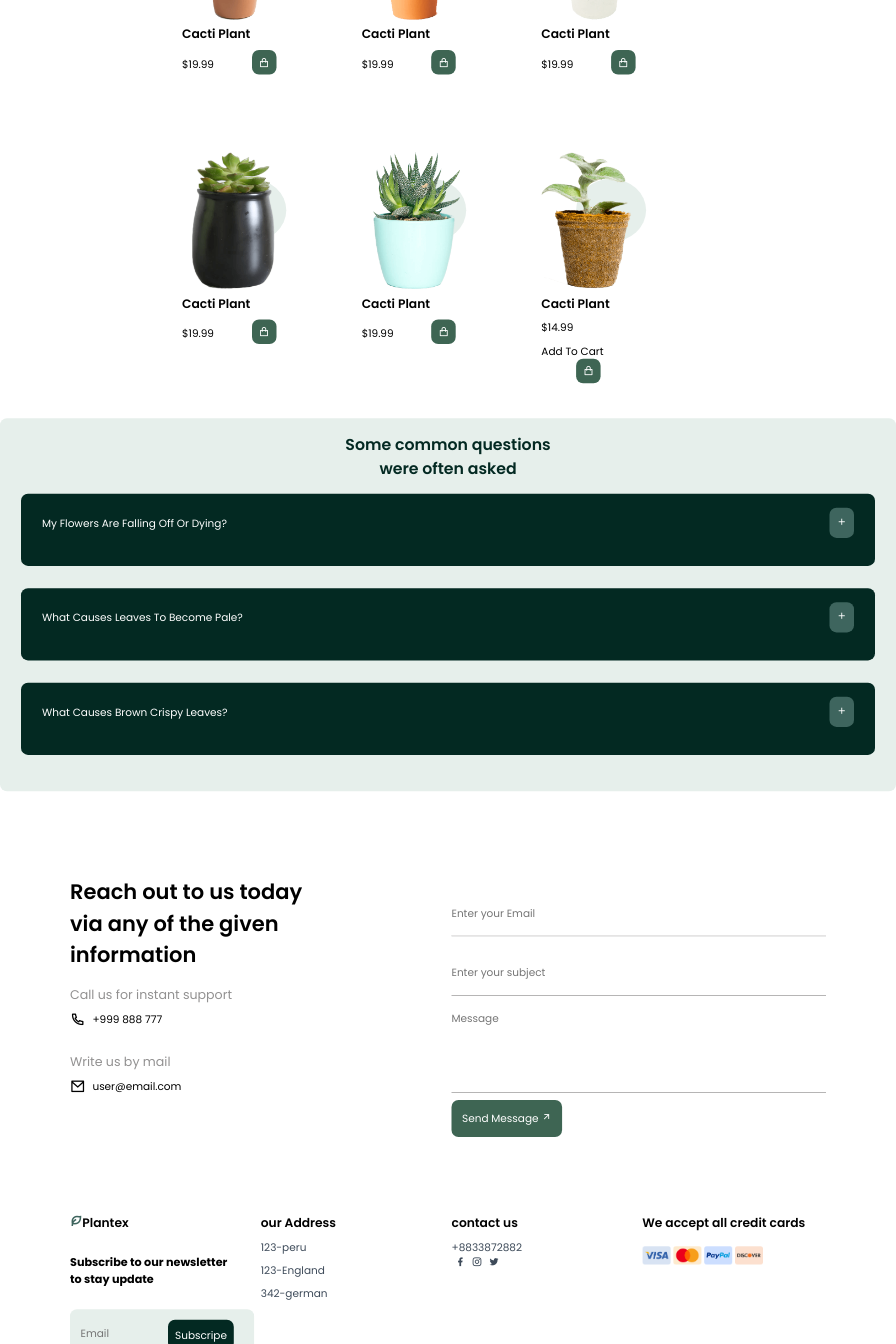
Repository: OmniaRafat232111121/plantwebsite
Page: index.html
The author's editor kept a copy of each file at every save. The page is drawn from the files as they stood at one save, then again after a run of saves.
The browser window is 1280 px wide. The pictures show the part of the page from y = 2348 to 4268 px (the page is 4387 px tall before and 4364 px after), at 70% of full size.

Above is the page before, as saved 2023-01-07 02:44:50.
Console error: TypeError: addToCartBtn.addEventListener is not a function

### index.html
<!DOCTYPE html>
<html lang="en">
<head>
    <meta charset="UTF-8">
    <meta http-equiv="X-UA-Compatible" content="IE=edge">
    <meta name="viewport" content="width=device-width, initial-scale=1.0">
    <title>plant-website</title>
      <!--icon web-->
    <link rel="shortcut icon" href="assets/img/favicon.png" type="image/x-icon">
    <!--css style-->
    <link rel="stylesheet" href="./assets/css/styles.css">
    <!--remix icon-->
    <link href="https://cdn.jsdelivr.net/npm/remixicon@2.5.0/fonts/remixicon.css" rel="stylesheet">

</head>
<body>
<!--header-->
<header class="header" id="header">
<div class="container-header">
    <a class="nav_logo">
   <i class="ri-leaf-line nav_logo-icon "></i>
   <span>Plantex</span>
</a>

<nav class="nav_menu" id="nav_menu">
    <ul class="nav_list" id="nav_list">
        <li class="nav_item" id="nav_item">
                            <a href="#home" class="nav_link active-link">Home</a>
                        </li>
                        <li class="nav__item">
                            <a href="#about" class="nav_link">About</a>
                        </li>
                        <li class="nav__item">
                            <a href="#products" class="nav_link">Products</a>
                        </li>
                        <li class="nav__item">
                            <a href="#faqs" class="nav_link">FAQs</a>
                        </li>
                        <li class="nav__item">
                            <a href="#contact" class="nav_link">Contact Us</a>
                        </li>

    </li>



    </ul>

    <div class="nav-close" id="nav_close">
        <i class="ri-close-line"></i>

    </div>
    <div  class="nav-btns">
   <i class= "ri-moon-line change-theme" id="theme-button"></i>
   <div class="cart__counter">
              <i class="ri-shopping-cart-line"></i>
              <span id="total__counter">0</span>
          </div>



   <!-- <i class="ri-shopping-cart-line"></i> -->
    <div class="nav-toggle" id="navToggle">
      <i class="ri-menu-line"></i>
    </div>
   </div>
    </div>
</nav>
 <div class="cart">
            <div class="cart__items">
                <div class="check_out"><h4>Total Ammount : $</h4><h4 class="total__cost">0</h4><button class="btn check_out_btn">Checkout</button> </div>
            </div>
</div>

</header>


    <!--home start-->
    <section class="home" id="home">
        <div class="home-container">
            <div class="left-content">
                <h1 class="home-title">plants will make <br>
                    your life better</h1>
                <p class="home-des">Create incredible plant design for your offices or apastaments. Add fresness to your new ideas.</p>
              <a>Explore<i class="ri-arrow-right-down-line button__icon"></i></a>
            </div>
            <div class="right-content">
            <img src="./assets/img/home.png" alt=""/>
            <div class=social_icons>
                 <span class="home__social-follow">Follow Us</span>

                        <div class="home__social-links">
                            <a href="https://www.facebook.com/" target="_blank" class="home__social-link">
                                <i class="ri-facebook-fill"></i>
                            </a>
                            <a href="https://www.instagram.com/" target="_blank" class="home__social-link">
                                <i class="ri-instagram-line"></i>
                            </a>
                            <a href="https://twitter.com/" target="_blank" class="home__social-link">
                                <i class="ri-twitter-fill"></i>
                            </a>
                        </div>

            </div>

        </div>

    </section>
 <!--home end-->
 <!--about start-->
 <section class="about" id="about">
    <div class="about-container">
        <div class="left-about">
          <img src="./assets/img/about.png" alt="image-about"/>
        </div>
        <div class="right-about">
            <h2 class="about-title">Who we really are &<br>why choose us</h2>
            <p class="about-desc">We have over 4000+ unbiased reviews and our customers trust our plant process and delivery service every time</p>
             <div class="about-deatails">
                <p class="about-description">
                      <i class="ri-checkbox-fill about__details-icon"></i>
                       We always deliver on time.
                </p>
                 <p class="about-description">
                      <i class="ri-checkbox-fill about__details-icon"></i>
                      We give you guides to protect and care for your plants.
                </p>

                 <p class="about-description">
                      <i class="ri-checkbox-fill about__details-icon"></i>
                      We give you guides to protect and care for your plants.
                </p>

                 <p class="about-description">
                      <i class="ri-checkbox-fill about__details-icon"></i>
                       We always deliver on time.
                </p>


             </div>
              <a href="#" class="button-link">
                            Shop Now <i class="ri-arrow-right-down-line button__icon"></i>
                        </a>
        </div>

    </div>

 </section>

 <!--about end-->
 <!--steps start-->
 <section class="steps">
    <div class="steps-container">
        <h2>Steps to start your<br>
            plants off right</h2>
            <div class="about-boxes">
                <div class="box first">
                <span>01</span>
                <h3>Choose Plant</h3>
                <p>
                    We have several varieties
                    <br>plants you can choose from.
                </p>
                </div>
                  <div class="box second">
                <span>02</span>
                <h3>Place an order</h3>
                <p>
                   Once your order is set, we<br>
                    move to the next step which<br>
                     is the shipping.
                </p>
                </div>

                 <div class="box third">
                <span>03</span>
                <h3>Get plants delivered</h3>
                <p>
                   Our delivery process is easy,
                   <br> you receive the plant direct
                   <br>to your door.


                </p>
                </div>
            </div>

    </div>

 </section>
  <!--steps start-->
  <!--products start-->
  <section class="products" id="products">
    <div class="product-container">
        <div class="products-content">
        <h2>Check out our
            <br>products</h2>
            <p>Here are some selected plants from our showroom, all are in excellent shape and has a long life span. Buy and enjoy best quality.</p>
        </div>
        <div class="products-boxes">
            <div class="box">
                 <div class="product__circle"></div>

                <img src="./assets/img/product1.png" alt=""/>
                  <h3 class="product__name">Cacti Plant</h3>
                <div>

                    <span class="product__price">$19.99</span>

                            <i class="add-cart ri-shopping-bag-line"></i>

                </div>

            </div>
             <div class="box">
                 <div class="product__circle"></div>
                <img src="./assets/img/product2.png" alt=""/>
                <h3 class="product__name">Cacti Plant</h3>
                <div>

                    <span class="product__price">$19.99</span>

                            <i class="add-cart ri-shopping-bag-line"></i>

                </div>

            </div>
             <div class="box">
                 <div class="product__circle"></div>
                <img src="./assets/img/product3.png" alt=""/>
                 <h3 class="product__name">Cacti Plant</h3>
                <div>

                    <span class="product__price">$19.99</span>

                            <i class="add-cart ri-shopping-bag-line"></i>

                </div>

            </div>
        <div class="box">
                 <div class="product__circle"></div>
                <img src="./assets/img/product4.png" alt=""/>
                  <h3 class="product__name">Cacti Plant</h3>
                <div>

                    <span class="product__price">$19.99</span>

                            <i class="add-cart ri-shopping-bag-line"></i>

                </div>

            </div>
             <div class="box">
                 <div class="product__circle"></div>
                <img src="./assets/img/product5.png" alt=""/>
                  <h3 class="product__name">Cacti Plant</h3>
                <div>

                    <span class="product__price">$19.99</span>

                            <i class="add-cart ri-shopping-bag-line"></i>

                </div>

            </div>
             <div class="box">
                 <div class="product__circle"></div>
                <img src="./assets/img/product6.png" alt=""/>
                 <h3 class="product__name">Cacti Plant</h3>
                <div>
                    <span class="product__price">$14.99</span>
                     <div class="btn__add__to__cart">Add To Cart</div>

                            <i class="add-cart ri-shopping-bag-line"></i>

                </div>

            </div>

        </div>

    </div>

  </section>
   <!--products end-->
   <!--question start-->
   <section class="question" id="faqs">
    <div class="title">
      <h2>Some common questions<br>
were often asked</h2>
    </div>
  <div class="section-question">


     <!--article one-->
      <article class="question">
        <div class="question-title">
         <p>My flowers are falling off or dying?</p>
         <button type="button" class="question-btn">
          <span class="plus-icon"><i class="ri-add-line"></i></span>
        <span class="minus-icon"><i class="ri-close-line"></i></span>
         </button>

        </div>
         <div class="question-text">
              <p>
               Plants are easy way to add color energy and transform your space but which planet is for you. Choosing the right plant.
              </p>
            </div>

    </article>
     <!--article two-->
      <article class="question">
        <div class="question-title">
         <p>What causes leaves to become pale?</p>
         <button type="button" class="question-btn">
          <span class="plus-icon"><i class="ri-add-line"></i></span>
        <span class="minus-icon"><i class="ri-close-line"></i></span>
         </button>

        </div>
         <div class="question-text">
              <p>
               Plants are easy way to add color energy and transform your space but which planet is for you. Choosing the right plant.
              </p>
            </div>

    </article>
    <!--article three-->
      <article class="question">
        <div class="question-title">
         <p>What causes brown crispy leaves?</p>
         <button type="button" class="question-btn">
          <span class="plus-icon"><i class="ri-add-line"></i></span>
        <span class="minus-icon"><i class="ri-close-line"></i></span>
         </button>

        </div>
         <div class="question-text">
              <p>
           Plants are easy way to add color energy and transform your space but which planet is for you. Choosing the right plant.
              </p>
            </div>

    </article>



  </div>

  </section>
 <!--question end-->
 <!--contact start-->
 <section class="contact" id="contact">
    <div class="contact-container">
        <div class="right-contact">
         <h3 class="contact-title">Reach out to us today<br>
          via any of the given<br>
          information</h3>
          <div class="call-contact">
            <p>Call us for instant support</p>
            <span>
            <i class="ri-phone-line"></i>
                +999 888 777
            </span>

          </div>
           <div class="mail-contact">
            <p>Write us by mail</p>
            <span>
            <i class="ri-mail-line"></i>
               user@email.com
            </span>

          </div>
        </div>
        <div class="left-contact">
        <form action="mailto:omniarafat2321@gmail.com" class="contact_form">
            <div class="inputs-contact">
             <div class="contact_content">
            <input   type="email" placeholder="Enter your Email">


                 </div>
                 <div class="contact_content">
            <input type="text" placeholder="Enter your subject ">

                 </div>
                 <div class="contact_content">
                    <textarea name="message" placeholder="Message "></textarea>

                            </div>

            </div>
                <button>
                Send Message
                <i class="ri-arrow-right-up-line button__icon"></i>
             </button>
        </form>
        </div>

    </div>

 </section>
  <!--contact end-->
<!--footer-start-->
  <section class="footer">
<div class="footer-container">
<div class="box">
    <h3>
           <i class="ri-leaf-line nav_logo-icon "></i>Plantex
    </h3>
    <h4>Subscribe to our newsletter<br>
to stay update</h4>
<a>
    <input type="email" placeholder="Email"/>
<button>
   Subscripe
</button>
</a>

</div>
<div class="box">
<h3>our Address</h3>
<span>123-peru</span>
<span>123-England</span>
<span>342-german</span>
</div>
<div class="box">
<h3>contact us</h3>
<span>+8833872882</span>
<div class="social">
     <a href="https://www.facebook.com/" target="_blank" class="home__social-link">
                                <i class="ri-facebook-fill"></i>
                            </a>
                            <a href="https://www.instagram.com/" target="_blank" class="home__social-link">
                                <i class="ri-instagram-line"></i>
                            </a>
                            <a href="https://twitter.com/" target="_blank" class="home__social-link">
                                <i class="ri-twitter-fill"></i>
                            </a>

</div>
</div>
<div class="box">
    <h3>We accept all credit cards</h3>
 <div class="box-images">
<img src="./assets/img/card1.png"/>
<img src="./assets/img/card2.png"/>
<img src="./assets/img/card3.png"/>
<img src="./assets/img/card4.png"/>
 </div>

</div>
</div>
  </section>
  <!--footer-end-->
  <!--scrollup-->
     <a href="#" class="scrollup" id="scroll-up">
            <i class="ri-arrow-up-fill scrollup__icon"></i>
        </a>
 <!--scroll reveal-->
<script src="assets/js/scrollreveal.min.js"></script>
  <!--contact end-->
   <script src="./assets/js/main.js"></script>
</body>
</html>

Loaded but not shown: assets/js/scrollreveal.min.js (library); assets/js/main.js (103 lines, source omitted); assets/css/styles.css (1126 lines, source omitted)

After the next 3 saves:
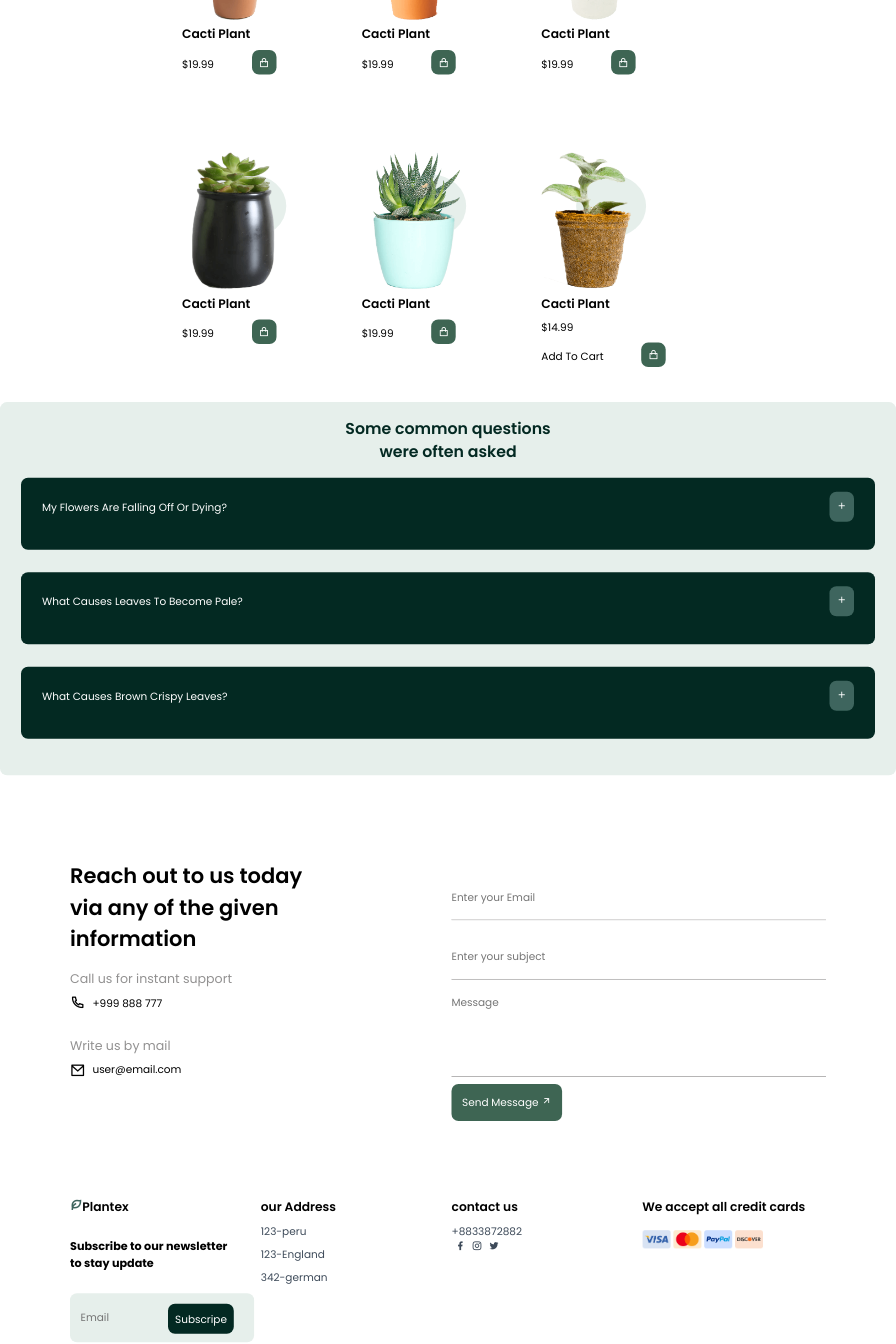
The 3 saves are shown as one change because they came seconds apart.
The last was saved 15 s later.
--- a/index.html
+++ b/index.html
@@ -270,9 +270,11 @@
                  <h3 class="product__name">Cacti Plant</h3>
                 <div>
                     <span class="product__price">$14.99</span>
-                     <div class="btn__add__to__cart">Add To Cart</div>
-
-                            <i class="add-cart ri-shopping-bag-line"></i>
+                     <div class="btn__add__to__cart">Add To Cart
+                           <i class="add-cart ri-shopping-bag-line"></i>
+                     </div>
+
+
 
                 </div>
 
